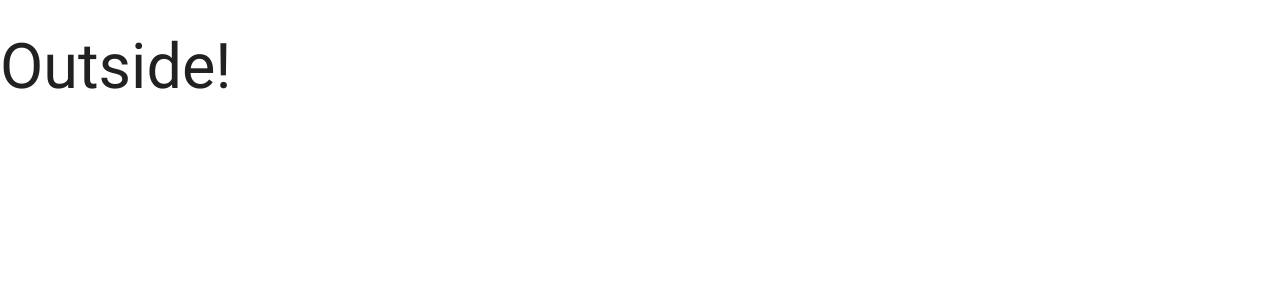
Repository: grantymartin/task_manager
Page: http://localhost/
The author's editor kept a record of every edit. The page is drawn from the files as they stood at one moment, then again after the next edit.
The browser window is 1280 px wide. The pictures show the whole page.
Some web libraries are served in a nearby version. The page is served by the project's application, run on Flask 3 (app.py). Queries for data that is not in the repository find no rows.

Above is the page before.

After the next edit:
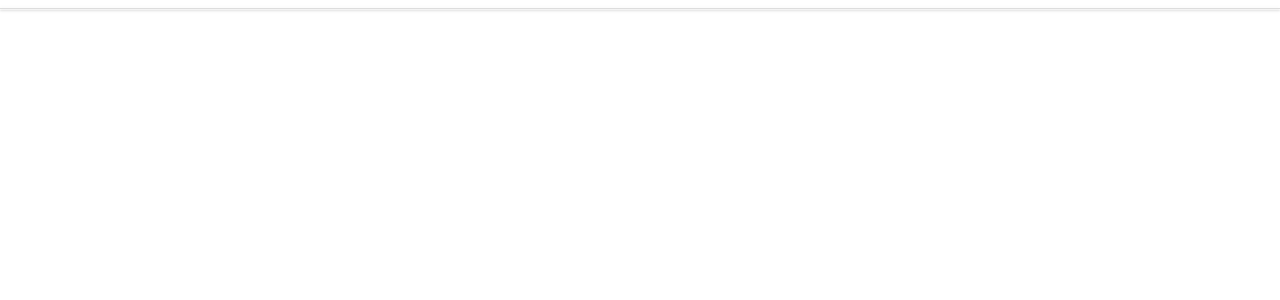
The edit:
--- a/templates/base.html
+++ b/templates/base.html
@@ -1,15 +1,21 @@
 <!DOCTYPE html>
 <html lang="en">
+
 <head>
     <link href="https://fonts.googleapis.com/icon?family=Material+Icons" rel="stylesheet">
-    <link rel="stylesheet"  href="https://cdnjs.cloudflare.com/ajax/libs/materialize/0.100.2/css/materialize.min.css">
+    <link rel="stylesheet" href="https://cdnjs.cloudflare.com/ajax/libs/materialize/0.100.2/css/materialize.min.css">
 </head>
+
 <body>
-    <h1>
-        Outside!
-    </h1>
-    {% block stuff %}
+    {% block content %} {% endblock %}
 
-    {% endblock %}
+    <script src="https://cdnjs.cloudflare.com/ajax/libs/jquery/3.2.1/jquery.min.js"></script>
+    <script src="https://cdnjs.cloudflare.com/ajax/libs/materialize/0.100.2/js/materialize.min.js"></script>
+    <script type="text/javascript">
+        $(document).ready(function() {
+            $('.collapsible').collapsible();
+        });
+    </script>
 </body>
+
 </html>
